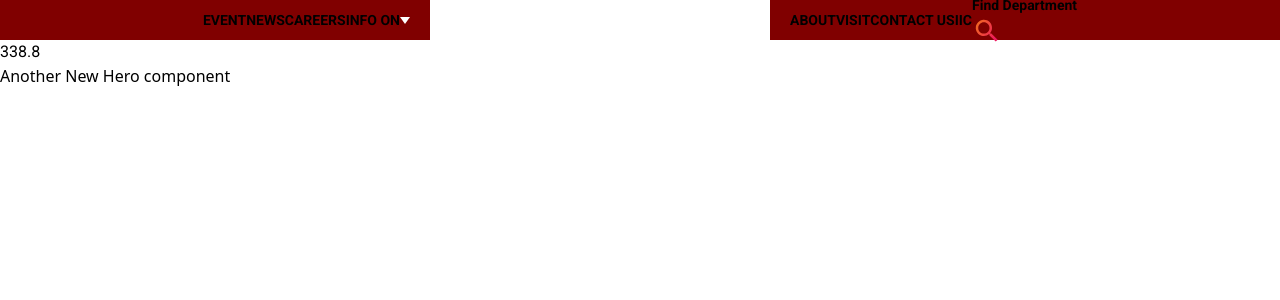
Repository: akash-Sa19/bit-durg
Page: /
These files come from the project's save history. The page is drawn as it stood at one moment and after the next save; the edit follows.
The browser window is 1280 px wide. The pictures show the whole page.
Some web fonts or font styles are not loaded; a fallback is used. The project was rebuilt for these pictures with package versions that can differ from the ones it lists, and the page was loaded fresh each time. Also part of the build but not shown: vite.config.js.

Above is the page before, as saved 2023-04-25 23:11:16.

After the next save:
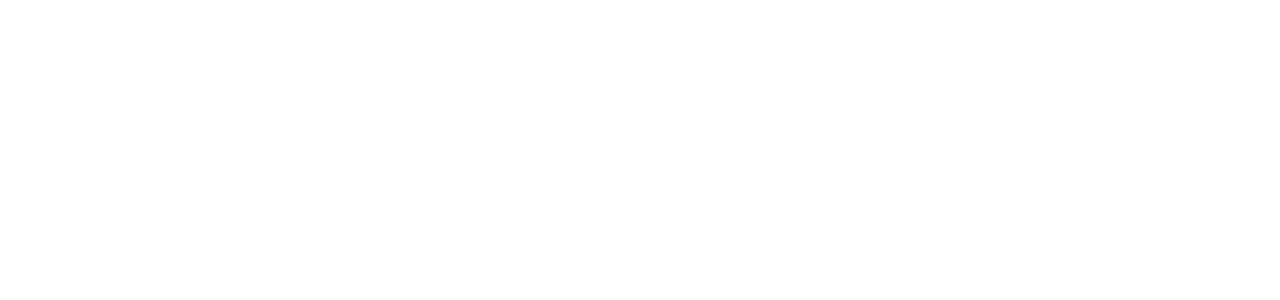
Console error: ReferenceError: Button is not defined
Saved 108 s later.
--- a/src/Component/Navbar.jsx
+++ b/src/Component/Navbar.jsx
@@ -13,7 +13,11 @@
         className={`bg-bit-red font-bold text-[14px] h-10 flex justify-center items-center gap-5 w-full`}>
 
         <div className="">
-          <ul className={`${styles.flexEnd}`}>
+        <Button variant="text">Text</Button>
+        <Button variant="text">Text</Button>
+        <Button variant="text">Text</Button>
+        <Button variant="text">Text</Button>
+          {/* <ul className={`${styles.flexEnd}`}>
             <li>EVENT</li>
             <li>NEWS</li>
             <li>CAREERS</li>
@@ -23,7 +27,7 @@
                 <img src={downArrow} alt="Down Arrow" />
               </span>
             </li>
-          </ul>
+          </ul> */}
         </div>
 
         <div className={`w-[340px] h-[135px] bg-white`}>

After the 3 saves that followed:
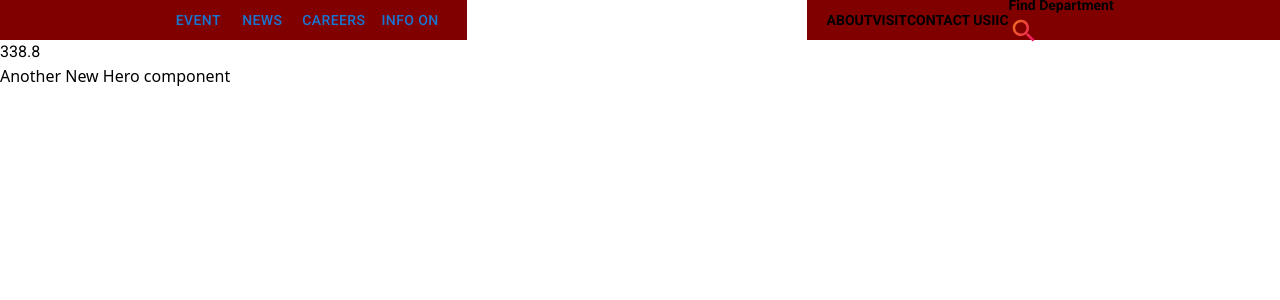
The error is gone.
The 3 saves are shown as one change because 2 left the picture as it was.
The last was saved 4 min 24 s later.
--- a/src/Component/Navbar.jsx
+++ b/src/Component/Navbar.jsx
@@ -1,22 +1,22 @@
-import React from 'react';
+import React from "react";
 import styles from "../style";
 import { search, downArrow, Grouplogo1 } from "../assets/asset";
-import { useState } from 'react';
+import { useState } from "react";
+import Button from "@mui/material/Button";
 
 const Navbar = () => {
-	const [width, setWidth] = useState(338.8)
-	const [height , setHeight] = useState(134.2)
+  const [width, setWidth] = useState(338.8);
+  const [height, setHeight] = useState(134.2);
   return (
     <div className="font-roboto">
-
       <div
-        className={`bg-bit-red font-bold text-[14px] h-10 flex justify-center items-center gap-5 w-full`}>
-
+        className={`bg-bit-red font-bold text-[14px] h-10 flex justify-center items-center gap-5 w-full`}
+      >
         <div className="">
-        <Button variant="text">Text</Button>
-        <Button variant="text">Text</Button>
-        <Button variant="text">Text</Button>
-        <Button variant="text">Text</Button>
+          <Button variant="text">Event</Button>
+          <Button variant="text">News</Button>
+          <Button variant="text">Careers</Button>
+          <Button variant="text">Info On</Button>
           {/* <ul className={`${styles.flexEnd}`}>
             <li>EVENT</li>
             <li>NEWS</li>
@@ -52,10 +52,9 @@
         </div>
       </div>
 
-
       <p>{width}</p>
     </div>
   );
-}
+};
 
-export default Navbar
+export default Navbar;
